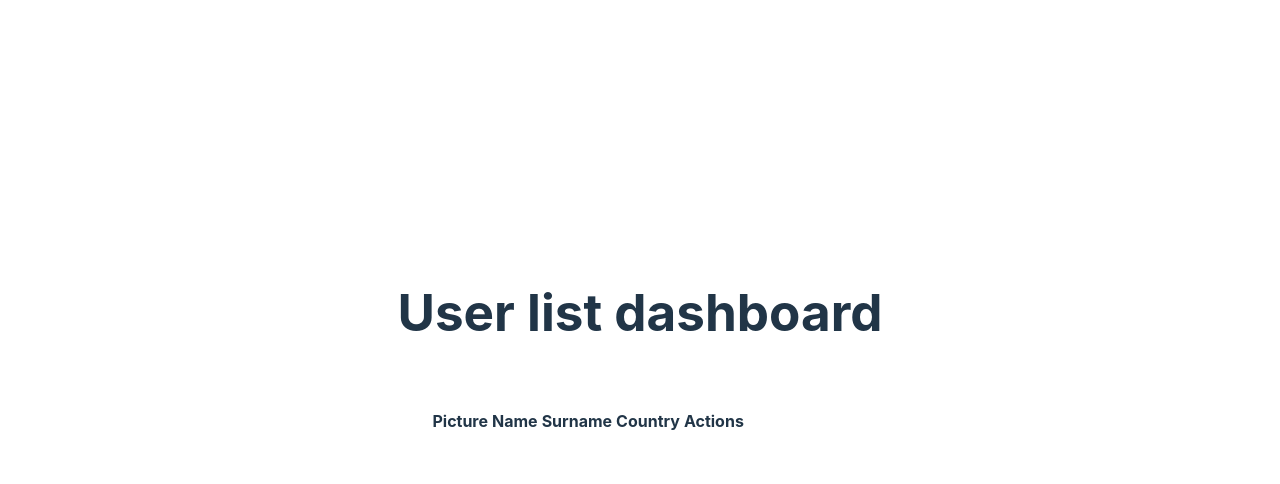
Repository: atzin-escandia/react-typescript-users-dashboard
Page: /
The author's editor kept a copy of each file at every save. The page is drawn from the files as they stood at one save, then again after the next save.
The browser window is 1280 px wide. The pictures show the whole page.
The page's requests for data from a server got no answer. The project was rebuilt for these pictures with package versions that can differ from the ones it lists, and the page was loaded fresh each time. No one was signed in, and anything a server would have sent is missing. Also part of the build but not shown: vite.config.ts.

Above is the page before, as saved 2023-10-08 21:45:46.

### src/App.tsx
import { useEffect, useState } from "react";
import "./App.css";
import UsersList from "./components/UsersList";

const API_URL = "https://randomuser.me/api/?results=10";
function App() {
  const [users, setUsers] = useState([]);

  useEffect(() => {
    fetch(API_URL)
      .then((res) => res.json())
      .then((res) => setUsers(res.results));
  }, []);

  return (
    <>
      <h1>User list dashboard</h1>
      <section className="card">
        {users && <UsersList allUsers={users}></UsersList>}
      </section>
    </>
  );
}

export default App;

### src/components/UsersList.tsx
import { useState } from "react";
import { User } from "../types";

const UsersList = ({ users }) => {
  const TABLE_HEADER = ["Picture", "Name", "Surname", "Country", "Actions"];

  const UserRow = ({ user: { picture, name, location } }) => {
    console.log(user);

    return (
      <tr>
        <td>{<img src={picture.thumbnail} alt="Thumbnail user" />}</td>
        <td>{name.first}</td>
        <td>{name.last}</td>
        <td>{location.country}</td>
        <td></td>
      </tr>
    );
  };

  return (
    <div>
      <table>
        <thead>
          <tr>
            {TABLE_HEADER.map((title: string, index: number) => (
              <th key={index}>{title}</th>
            ))}
          </tr>
        </thead>
        <tbody>
          <tr>{JSON.stringify(users)}</tr>
        </tbody>
      </table>
    </div>
  );
};

export default UsersList;

Loaded but not shown: index.html (common file); src/main.tsx (common file); src/index.css (common file); src/App.css (common file)

After the next save:
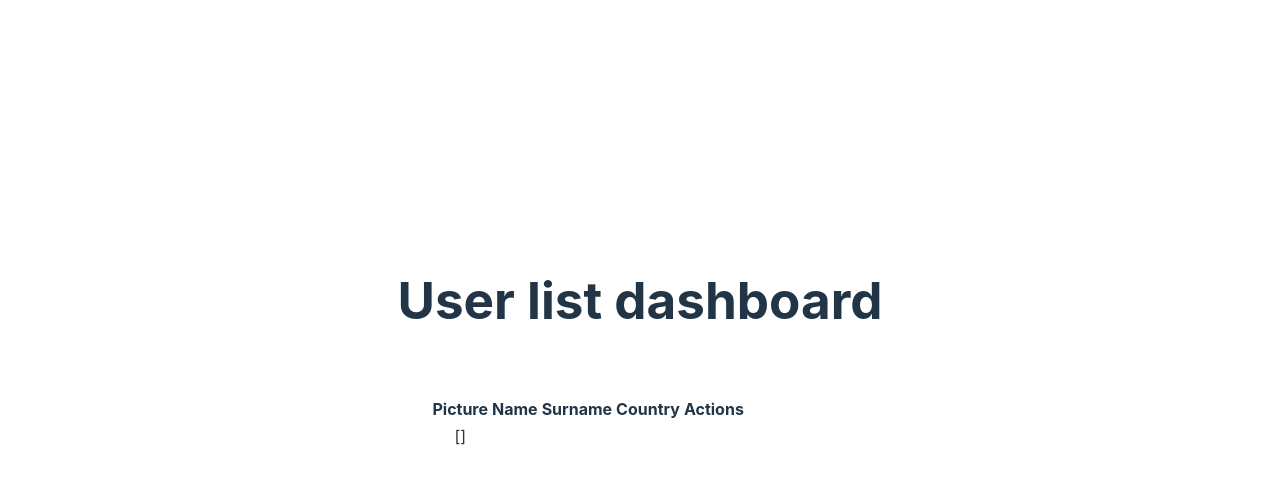
Saved 16 s later.
--- a/src/App.tsx
+++ b/src/App.tsx
@@ -16,7 +16,7 @@
     <>
       <h1>User list dashboard</h1>
       <section className="card">
-        {users && <UsersList allUsers={users}></UsersList>}
+        {users && <UsersList users={users}></UsersList>}
       </section>
     </>
   );
